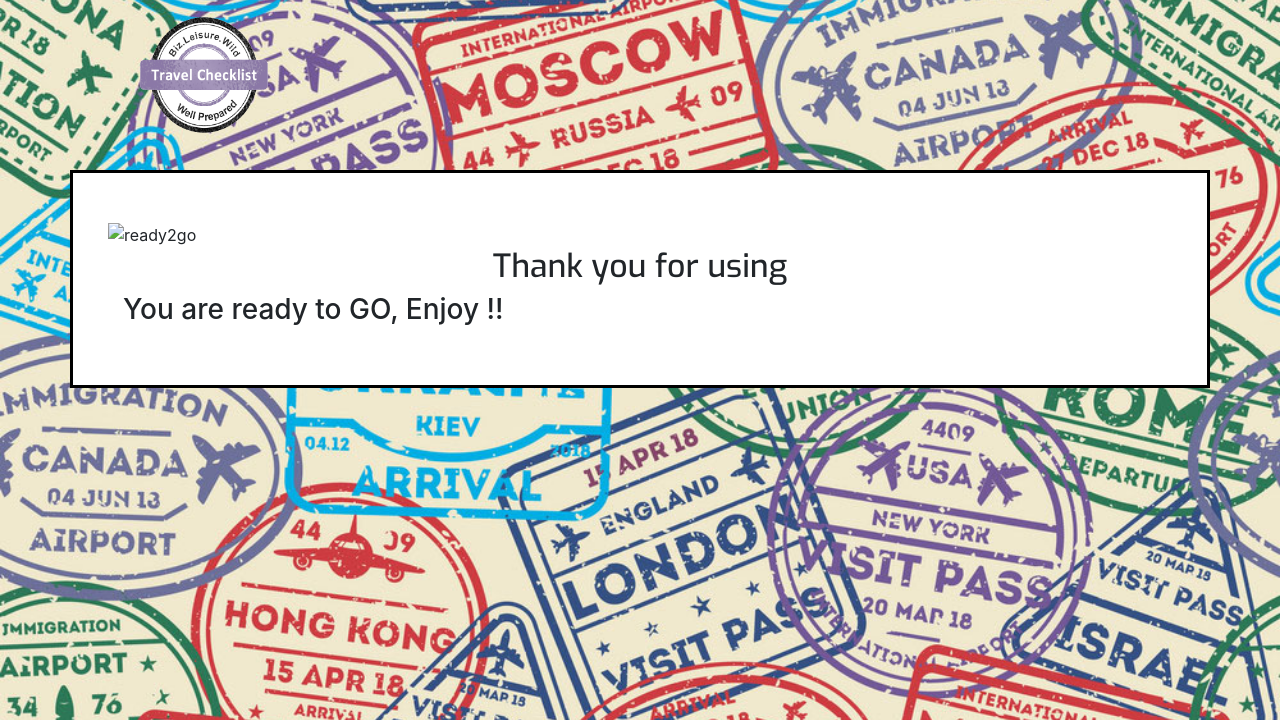
Repository: Code-Institute-Submissions/travelChecklist
Page: donepage.html
The author's editor kept a record of every edit. The page is drawn from the files as they stood at one moment, then again after the next edit.
The browser window is 1280 px wide. The pictures show the whole page.

Above is the page before.

After the next edit:
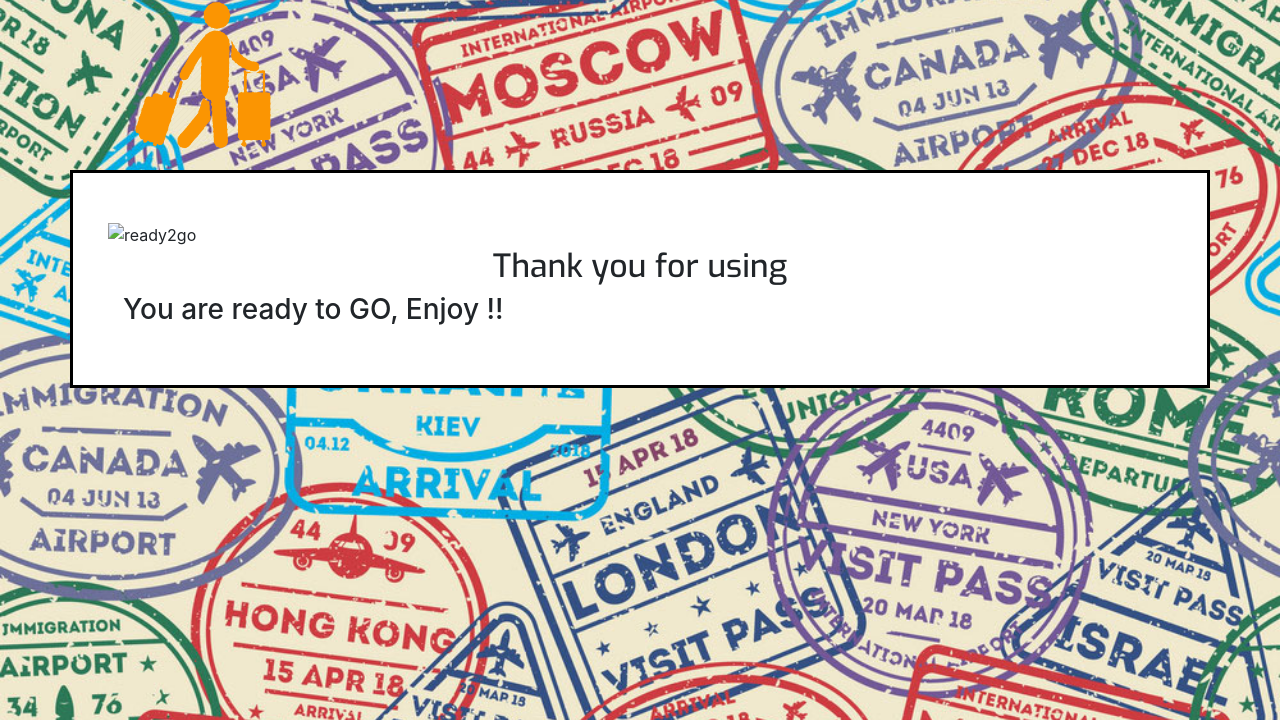
The edit:
--- a/donepage.html
+++ b/donepage.html
@@ -21,7 +21,7 @@
     <header>
 
             <div class="row">
-        <a href="index.html" class="col"><img src="asset/images/logo.png" alt="logo" class="logo"/></a></div>
+        <a href="index.html" class="col"><img src="asset/images/ready2go.png" alt="logo" class="logo"/></a></div>
 
             <div class="container">
                 <div class="row">
